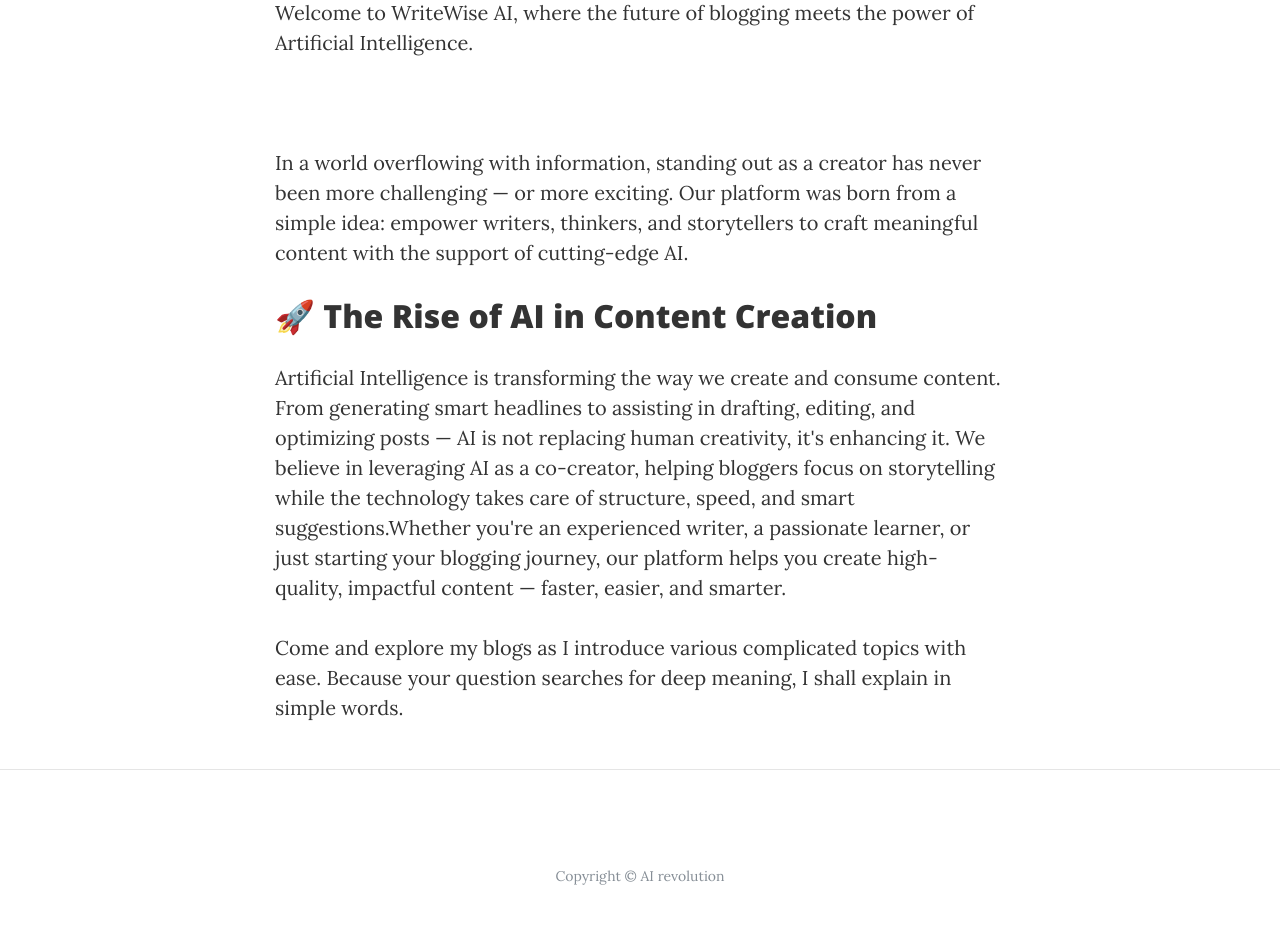
Repository: wahibkhannn/WriteWise-AI_blogging
Page: http://localhost/about
The author's editor kept a copy of each file at every save. The page is drawn from the files as they stood at one save, then again after the next save.
The browser window is 1280 px wide. The pictures show the part of the page from y = 677 to 1629 px (the page is 1629 px tall before and 1509 px after).
Some web fonts or font styles are not loaded; a fallback is used. The page is served by the project's application, run on Flask 3 (app.py).

Above is the page before, as saved 2025-07-01 14:20:16.

### templates/about.html
<!DOCTYPE html>
<html lang="en">

<head>

  <meta charset="utf-8">
  <meta name="viewport" content="width=device-width, initial-scale=1, shrink-to-fit=no">
  <meta name="description" content="">
  <meta name="author" content="">

  <title>Blog Speaks</title>

  <link href="{{ url_for('static', filename='bootstrap.min.css') }}" rel="stylesheet">
  <link href="{{ url_for('static', filename='font-awesome.min.css') }}" rel="stylesheet" type="text/css">
  <link href='https://fonts.googleapis.com/css?family=Lora:400,700,400italic,700italic' rel='stylesheet'
    type='text/css'>
  <link
    href='https://fonts.googleapis.com/css?family=Open+Sans:300italic,400italic,600italic,700italic,800italic,400,300,600,700,800'
    rel='stylesheet' type='text/css'>
  <link href="{{ url_for('static', filename='blog.min.css') }}" rel="stylesheet">

</head>

<body>

  <!-- Navigation -->
  <nav class="navbar navbar-expand-lg navbar-light fixed-top" id="mainNav">
    <div class="container">
      <a class="navbar-brand" href="{{ url_for('index') }}">Blog Speaks</a>
      <button class="navbar-toggler navbar-toggler-right" type="button" data-toggle="collapse"
        data-target="#navbarResponsive" aria-controls="navbarResponsive" aria-expanded="false"
        aria-label="Toggle navigation">
        Menu
        <i class="fa fa-bars"></i>
      </button>
      <div class="collapse navbar-collapse" id="navbarResponsive">
        <ul class="navbar-nav ml-auto">
          <li class="nav-item">
            <a class="nav-link" href="{{ url_for('index') }}">Home</a>
          </li>
          <li class="nav-item">
            <a class="nav-link" href="{{ url_for('about') }}">About Me</a>
          </li>
          <li class="nav-item">
            <a class="nav-link" href="{{ url_for('add') }}">Add</a>
          </li>
          <li class="nav-item">
            <a class="nav-link" href="{{ url_for('delete') }}">Delete</a>
          </li>
        </ul>
      </div>
    </div>
  </nav>

  <!-- Page Header -->
  <header class="masthead" style="background-image: url('{{ url_for('static', filename='about_me.jpg') }}')">
    <div class="container">
      <div class="row">
        <div class="col-lg-8 col-md-10 mx-auto">
          <div class="page-heading">
            <h1>AI revolution</h1>
            <span class="subheading">Revolutionizing WriteWise AI: The Future of Content Creation</span>
          </div>
        </div>
      </div>
    </div>
  </header>

  <!-- Main Content -->
  <div class="container">
    <div class="row">
      <div class="col-lg-8 col-md-10 mx-auto">
        <h2>Revolutionizing WriteWise AI: The Future of Content Creation</h2>
        <p>Welcome to WriteWise AI, where the future of blogging meets the power of Artificial Intelligence.</p>
        <br>
        <p>In a world overflowing with information, standing out as a creator has never been more challenging — or more exciting. Our platform was born from a simple idea: empower writers, thinkers, and storytellers to craft
        meaningful content with the support of cutting-edge AI.</p>
        <h2>🚀 The Rise of AI in Content Creation</h2>
        <p>Artificial Intelligence is transforming the way we create and consume content. From generating smart headlines to assisting in drafting, editing, and optimizing posts — AI is not replacing human creativity, it's enhancing it. We believe in leveraging AI as a co-creator, helping bloggers focus on storytelling while the technology takes care of structure, speed, and smart suggestions.Whether you're an experienced writer, a passionate learner, or just starting your blogging journey, our platform helps you create high-quality, impactful content — faster, easier, and smarter.</p>

        <p>Come and explore my blogs as I introduce various complicated topics with ease. Because your question searches for deep meaning, I shall explain in simple words.</p>
      </div>
    </div>
  </div>

  <hr>

  <!-- Footer -->
  <footer>
    <div class="container">
      <div class="row">
        <div class="col-lg-8 col-md-10 mx-auto">
          <p class="copyright text-muted">Copyright &copy; AI revolution</p>
        </div>
      </div>
    </div>
  </footer>

  <script src="{{ url_for('static', filename='jquery.min.js') }}"></script>
  <script src="{{ url_for('static', filename='popper.min.js') }}"></script>
  <script src="{{ url_for('static', filename='bootstrap.min.js') }}"></script>
  <script src="{{ url_for('static', filename='blog.min.js') }}"></script>

</body>

</html>

### app.py
from flask import Flask, render_template, request, redirect, url_for
from flask_sqlalchemy import SQLAlchemy
from datetime import datetime

app = Flask(__name__)

app.config['SQLALCHEMY_DATABASE_URI'] = 'sqlite:///F:/STUDY/Projects/18BLC1131_DA1/blog_speaks/blog.db'

db = SQLAlchemy(app)

class Blogpost(db.Model):
    id = db.Column(db.Integer, primary_key=True)
    title = db.Column(db.String(50))
    subtitle = db.Column(db.String(50))
    author = db.Column(db.String(20))
    date_posted = db.Column(db.DateTime)
    content = db.Column(db.Text)

@app.route('/')
def index():
    posts = Blogpost.query.order_by(Blogpost.date_posted.desc()).all()
    return render_template('index.html', posts=posts)

@app.route('/about')
def about():
    return render_template('about.html')

@app.route('/post/<int:post_id>')
def post(post_id):
    post = Blogpost.query.filter_by(id=post_id).one()
    return render_template('post.html', post=post)

@app.route('/add')
def add():
    return render_template('add.html')

@app.route('/delete')
def delete():
    posts = Blogpost.query.order_by(Blogpost.date_posted.desc()).all()
    return render_template('delete.html', posts=posts)

@app.route('/addpost', methods=['POST'])
def addpost():
    title = request.form['title']
    subtitle = request.form['subtitle']
    author = request.form['author']
    content = request.form['content']

    post = Blogpost(title=title, subtitle=subtitle, author=author, content=content, date_posted=datetime.now())

    db.session.add(post)
    db.session.commit()

    return redirect(url_for('index'))

@app.route('/deletepost', methods=['DELETE','POST'])
def deletepost():
    post_id = request.form.get("post_id")

    post = Blogpost.query.filter_by(id=post_id).first()

    db.session.delete(post)
    db.session.commit()

    return redirect(url_for('index'))

if __name__ == '__main__':
    app.run(debug=True)

### static/blog.min.js
!function(i){"use strict";i("body").on("input propertychange",".floating-label-form-group",function(o){i(this).toggleClass("floating-label-form-group-with-value",!!i(o.target).val())}).on("focus",".floating-label-form-group",function(){i(this).addClass("floating-label-form-group-with-focus")}).on("blur",".floating-label-form-group",function(){i(this).removeClass("floating-label-form-group-with-focus")});if(i(window).width()>1170){var o=i("#mainNav").height();i(window).on("scroll",{previousTop:0},function(){var s=i(window).scrollTop();s<this.previousTop?s>0&&i("#mainNav").hasClass("is-fixed")?i("#mainNav").addClass("is-visible"):i("#mainNav").removeClass("is-visible is-fixed"):s>this.previousTop&&(i("#mainNav").removeClass("is-visible"),s>o&&!i("#mainNav").hasClass("is-fixed")&&i("#mainNav").addClass("is-fixed")),this.previousTop=s})}}(jQuery);

Loaded but not shown: static/bootstrap.min.css (library); static/font-awesome.min.css (library); static/blog.min.css (library); static/jquery.min.js (library); static/popper.min.js (library); static/bootstrap.min.js (library)

After the next save:
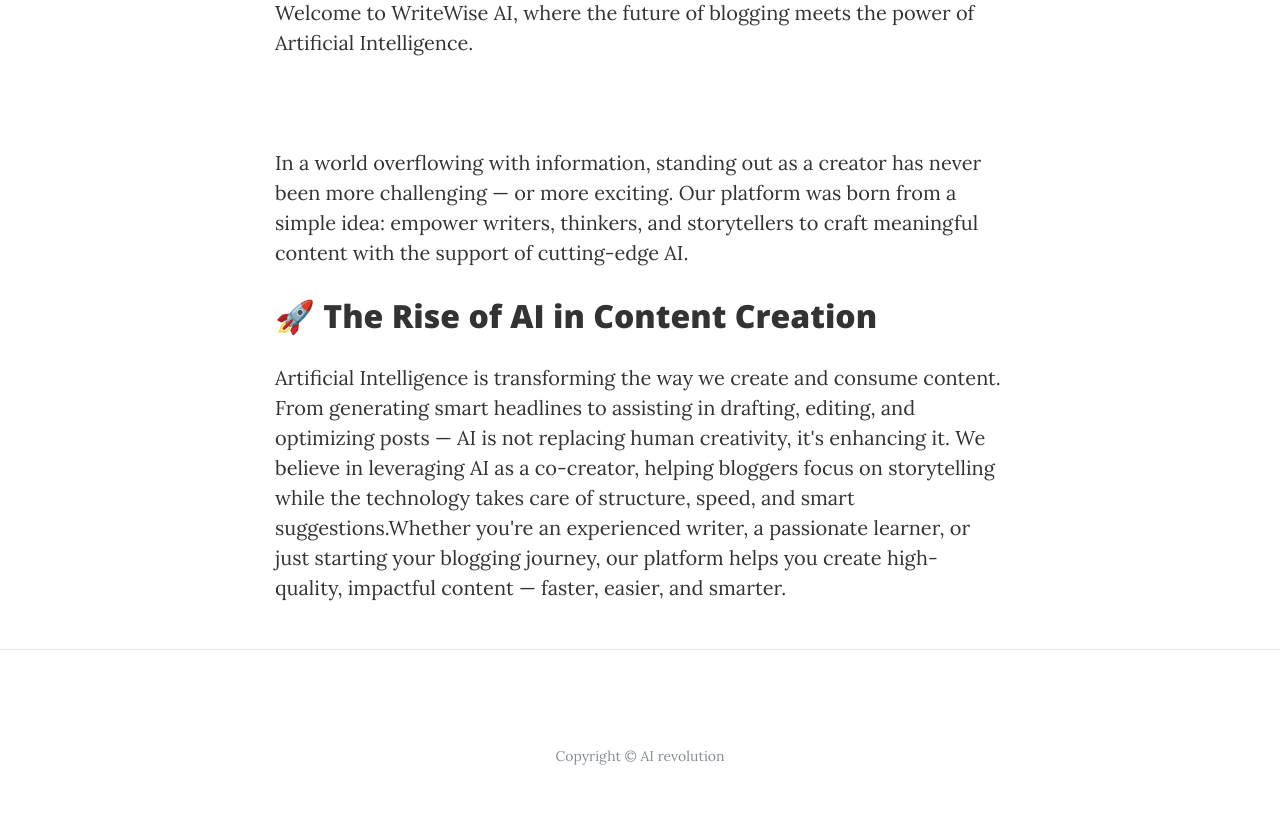
Saved 21 s later.
--- a/templates/about.html
+++ b/templates/about.html
@@ -78,7 +78,6 @@
         <h2>🚀 The Rise of AI in Content Creation</h2>
         <p>Artificial Intelligence is transforming the way we create and consume content. From generating smart headlines to assisting in drafting, editing, and optimizing posts — AI is not replacing human creativity, it's enhancing it. We believe in leveraging AI as a co-creator, helping bloggers focus on storytelling while the technology takes care of structure, speed, and smart suggestions.Whether you're an experienced writer, a passionate learner, or just starting your blogging journey, our platform helps you create high-quality, impactful content — faster, easier, and smarter.</p>
 
-        <p>Come and explore my blogs as I introduce various complicated topics with ease. Because your question searches for deep meaning, I shall explain in simple words.</p>
       </div>
     </div>
   </div>
